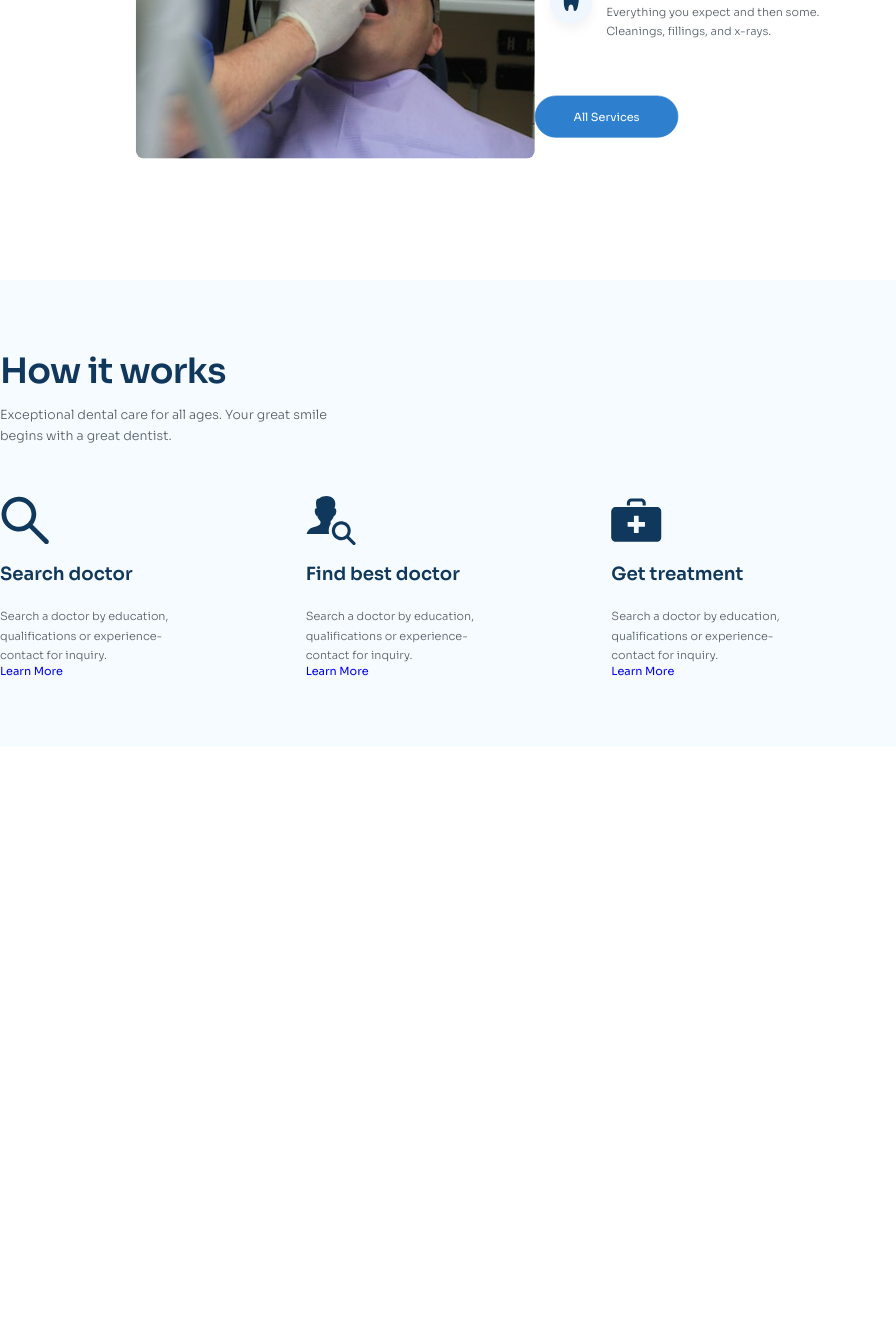
Repository: dongnguyen2112/htmlcss-project-03
Page: index.html
The author's editor kept a copy of each file at every save. The page is drawn from the files as they stood at one save, then again after the next save.
The browser window is 1280 px wide. The pictures show the part of the page from y = 1442 to 3362 px (the page is 5720 px tall), at 70% of full size.

Above is the page before, as saved 2023-08-01 17:21:24.

### index.html
<!DOCTYPE html>
<html lang="en">
    <head>
        <meta charset="UTF-8" />
        <meta name="viewport" content="width=device-width, initial-scale=1.0" />
        <title>Shine Smile</title>
        <!-- Favicons -->
        <link
            rel="apple-touch-icon"
            sizes="57x57"
            href="./assets/favicon/apple-icon-57x57.png"
        />
        <link
            rel="apple-touch-icon"
            sizes="60x60"
            href="./assets/favicon/apple-icon-60x60.png"
        />
        <link
            rel="apple-touch-icon"
            sizes="72x72"
            href="./assets/favicon/apple-icon-72x72.png"
        />
        <link
            rel="apple-touch-icon"
            sizes="76x76"
            href="./assets/favicon/apple-icon-76x76.png"
        />
        <link
            rel="apple-touch-icon"
            sizes="114x114"
            href="./assets/favicon/apple-icon-114x114.png"
        />
        <link
            rel="apple-touch-icon"
            sizes="120x120"
            href="./assets/favicon/apple-icon-120x120.png"
        />
        <link
            rel="apple-touch-icon"
            sizes="144x144"
            href="./assets/favicon/apple-icon-144x144.png"
        />
        <link
            rel="apple-touch-icon"
            sizes="152x152"
            href="./assets/favicon/apple-icon-152x152.png"
        />
        <link
            rel="apple-touch-icon"
            sizes="180x180"
            href="./assets/favicon/apple-icon-180x180.png"
        />
        <link
            rel="icon"
            type="image/png"
            sizes="192x192"
            href="./assets/favicon/android-icon-192x192.png"
        />
        <link
            rel="icon"
            type="image/png"
            sizes="32x32"
            href="./assets/favicon/favicon-32x32.png"
        />
        <link
            rel="icon"
            type="image/png"
            sizes="96x96"
            href="./assets/favicon/favicon-96x96.png"
        />
        <link
            rel="icon"
            type="image/png"
            sizes="16x16"
            href="./assets/favicon/favicon-16x16.png"
        />
        <link rel="manifest" href="./assets/favicon/manifest.json" />
        <meta name="msapplication-TileColor" content="#ffffff" />
        <meta
            name="msapplication-TileImage"
            content="./assets/favicon/ms-icon-144x144.png"
        />
        <meta name="theme-color" content="#ffffff" />
        <!-- Font Sora -->
        <link rel="preconnect" href="https://fonts.googleapis.com" />
        <link rel="preconnect" href="https://fonts.gstatic.com" crossorigin />
        <link
            href="https://fonts.googleapis.com/css2?family=Sora:wght@300;400;500;600;700&display=swap"
            rel="stylesheet"
        />
        <!-- Reset CSS -->
        <link rel="stylesheet" href="./assets/css/reset.css" />
        <link rel="stylesheet" href="./assets/css/styles.css" />
    </head>
    <body>
        <header class="header">
            <div class="container">
                <!-- Header-top -->
                <div class="header-top">
                    <!-- Logo -->
                    <a href="/">
                        <div class="logo">
                            <span class="logo__circle"></span>
                            <span class="logo__text">
                                <span class="logo__brand">Shine</span>
                                <span class="logo__brand logo__brand--small">
                                    smile
                                </span>
                            </span>
                        </div>
                    </a>
                    <!-- Navbar -->
                    <nav class="navbar">
                        <ul class="navbar__list">
                            <li class="navbar__item">
                                <a
                                    href="#!"
                                    class="navbar__link navbar__link--active"
                                    >Home</a
                                >
                            </li>
                            <li class="navbar__item">
                                <a href="#!" class="navbar__link">Services</a>
                            </li>
                            <li class="navbar__item">
                                <a href="#!" class="navbar__link">About</a>
                            </li>
                            <li class="navbar__item">
                                <a href="#!" class="navbar__link">Doctors</a>
                            </li>
                        </ul>
                    </nav>
                    <!-- Action -->
                    <div class="header-action">
                        <a href="#!" class="header-action__login">Log In</a>
                        <a href="#!" class="btn header-action__signup"
                            >Sign Up</a
                        >
                    </div>
                </div>
                <!-- Hero -->
                <section class="hero">
                    <!-- Hero-content -->
                    <section class="hero__content">
                        <h1 class="hero__heading">
                            Exceptional dental care for all ages.
                        </h1>
                        <p class="hero__desc">
                            Exceptional dental care for all ages. Your great
                            smile begins with a great dentist.
                        </p>
                        <div class="hero__row">
                            <a href="" class="btn">Book Online</a>
                            <span class="hero__phone"
                                >or call (123) 456-7890</span
                            >
                        </div>
                    </section>
                    <!-- Hero-media -->
                    <section class="hero__media">
                        <figure class="hero__images">
                            <img
                                src="./assets/img/hero-01.jpg"
                                alt=""
                                class="hero__img"
                            />
                            <img
                                src="./assets/img/hero-02.jpg"
                                alt=""
                                class="hero__img"
                            />
                        </figure>
                    </section>
                </section>
            </div>
        </header>
        <main style="height: 5000px">
            <!-- Service -->
            <section class="service">
                <div class="container">
                    <h1 class="service__heading section-heading">
                        Our services
                    </h1>
                    <p class="service__desc section-desc">
                        Exceptional dental care for all ages. Your great smile
                        begins with a great dentist.
                    </p>
                    <div class="service__row">
                        <figure>
                            <img
                                src="./assets/img/service.jpg"
                                alt=""
                                class="service__img"
                            />
                        </figure>
                        <div>
                            <div class="service__list">
                                <!-- Service Item 1 -->
                                <section class="service-item">
                                    <div class="service-item__icon">
                                        <svg
                                            width="22"
                                            height="24"
                                            viewBox="0 0 22 24"
                                            fill="none"
                                            xmlns="http://www.w3.org/2000/svg"
                                        >
                                            <path
                                                d="M20.3598 2.63964C17.9506 -0.556131 14.2772 -0.568132 11.2481 1.10682C11.001 1.24657 10.7219 1.31411 10.4406 1.30222C10.1592 1.29033 9.88633 1.19945 9.65105 1.03931C8.49552 0.245717 7.29036 -0.316477 5.13904 0.207462C0.623408 1.3071 0 4.90379 0 8.99816C0.0797353 12.1602 0.500857 15.3032 1.25551 18.3683C2.11836 22.0168 3.90382 24 5.43354 24C6.96326 24 7.00963 22.2204 7.00963 20.8016C7.00963 19.2009 7.39505 14.8009 10.8642 14.8009C13.5317 14.8009 14.3333 18.4013 14.3333 20.8016C14.3329 23.095 15.1722 24 16.6628 24C19.5267 24 20.9796 15.3938 21.3719 13.1237C21.7642 10.8535 22.9882 6.12569 20.3598 2.63964Z"
                                                fill="currentColor"
                                            />
                                        </svg>
                                        <!-- Icon -->
                                    </div>
                                    <div class="service-item__body">
                                        <h3 class="service-item__heading">
                                            Oral Surgery
                                        </h3>
                                        <p class="service-item__desc">
                                            Everything you expect and then some.
                                            Cleanings, fillings, and x-rays.
                                        </p>
                                    </div>
                                </section>
                                <!-- Service Item 2 -->
                                <section class="service-item">
                                    <div class="service-item__icon">
                                        <svg
                                            width="22"
                                            height="24"
                                            viewBox="0 0 22 24"
                                            fill="none"
                                            xmlns="http://www.w3.org/2000/svg"
                                        >
                                            <path
                                                d="M20.3598 2.63964C17.9506 -0.556131 14.2772 -0.568132 11.2481 1.10682C11.001 1.24657 10.7219 1.31411 10.4406 1.30222C10.1592 1.29033 9.88633 1.19945 9.65105 1.03931C8.49552 0.245717 7.29036 -0.316477 5.13904 0.207462C0.623408 1.3071 0 4.90379 0 8.99816C0.0797353 12.1602 0.500857 15.3032 1.25551 18.3683C2.11836 22.0168 3.90382 24 5.43354 24C6.96326 24 7.00963 22.2204 7.00963 20.8016C7.00963 19.2009 7.39505 14.8009 10.8642 14.8009C13.5317 14.8009 14.3333 18.4013 14.3333 20.8016C14.3329 23.095 15.1722 24 16.6628 24C19.5267 24 20.9796 15.3938 21.3719 13.1237C21.7642 10.8535 22.9882 6.12569 20.3598 2.63964Z"
                                                fill="currentColor"
                                            />
                                        </svg>
                                        <!-- Icon -->
                                    </div>
                                    <div class="service-item__body">
                                        <h3 class="service-item__heading">
                                            Wisdom Teeth Removal
                                        </h3>
                                        <p class="service-item__desc">
                                            Everything you expect and then some.
                                            Cleanings, fillings, and x-rays.
                                        </p>
                                    </div>
                                </section>
                                <!-- Service Item 3 -->
                                <section class="service-item">
                                    <div class="service-item__icon">
                                        <svg
                                            width="22"
                                            height="24"
                                            viewBox="0 0 22 24"
                                            fill="none"
                                            xmlns="http://www.w3.org/2000/svg"
                                        >
                                            <path
                                                d="M20.3598 2.63964C17.9506 -0.556131 14.2772 -0.568132 11.2481 1.10682C11.001 1.24657 10.7219 1.31411 10.4406 1.30222C10.1592 1.29033 9.88633 1.19945 9.65105 1.03931C8.49552 0.245717 7.29036 -0.316477 5.13904 0.207462C0.623408 1.3071 0 4.90379 0 8.99816C0.0797353 12.1602 0.500857 15.3032 1.25551 18.3683C2.11836 22.0168 3.90382 24 5.43354 24C6.96326 24 7.00963 22.2204 7.00963 20.8016C7.00963 19.2009 7.39505 14.8009 10.8642 14.8009C13.5317 14.8009 14.3333 18.4013 14.3333 20.8016C14.3329 23.095 15.1722 24 16.6628 24C19.5267 24 20.9796 15.3938 21.3719 13.1237C21.7642 10.8535 22.9882 6.12569 20.3598 2.63964Z"
                                                fill="currentColor"
                                            />
                                        </svg>
                                        <!-- Icon -->
                                    </div>
                                    <div class="service-item__body">
                                        <h3 class="service-item__heading">
                                            Preventative Dentistry
                                        </h3>
                                        <p class="service-item__desc">
                                            Everything you expect and then some.
                                            Cleanings, fillings, and x-rays.
                                        </p>
                                    </div>
                                </section>
                            </div>
                            <a href="#!" class="btn">All Services </a>
                        </div>
                    </div>
                </div>
            </section>
            <!-- Work -->
            <section class="work">
                <h2 class="section-heading">How it works</h2>
                <p class="section-desc work__desc">Exceptional dental care for all ages. Your great smile begins with a great dentist.</p>
                <div class="work__list">
                    <!-- Work Item 1 -->
                    <section class="word-item">
                        <img src="./assets/img/Icon/Orion_search.svg" alt="" class="work-item__icon">
                        <h3 class="work-item__heading">Search doctor</h3>
                        <p class="work-item__desc">Search a doctor by education, qualifications or experience-contact for inquiry.</p>
                        <a href="#!" class="work__more">Learn More</a>
                    </section>
                     <!-- Work Item 2 -->
                     <section class="word-item">
                        <img src="./assets/img/Icon/Orion_find-user.svg" alt="" class="work-item__icon">
                        <h3 class="work-item__heading">Find best doctor</h3>
                        <p class="work-item__desc">Search a doctor by education, qualifications or experience-contact for inquiry.</p>
                        <a href="#!" class="work__more">Learn More</a>
                    </section>
                     <!-- Work Item 3 -->
                     <section class="word-item">
                        <img src="./assets/img/Icon/Orion_first-aid-kit.svg" alt="" class="work-item__icon">
                        <h3 class="work-item__heading">Get treatment</h3>
                        <p class="work-item__desc">Search a doctor by education, qualifications or experience-contact for inquiry.</p>
                        <a href="#!" class="work__more">Learn More</a>
                    </section>
                </div>
            </section>
        </main>
    </body>
</html>

### assets/css/styles.css
* {
    box-sizing: border-box;
}
:root {
    --header-bg: #10375c;
}
html {
    font-size: 62.5%;
}
body {
    font-size: 1.6rem;
    font-family: "Sora", sans-serif;
}
/* Common */
.container {
    width: 1170px;
    max-width: calc(100% - 48px);
    margin: 0 auto;
}
a {
    text-decoration: none;
}
.btn {
    --height: 60px;

    color: #fff;
    background: #2e80ce;
    height: var(--height);
    padding: 0 20px;
    display: inline-block;
    line-height: var(--height);
    border-radius: 99px;
    min-width: 205px;
    text-align: center;
    font-size: 1.6rem;
    font-weight: 400;
    border: 1px solid #2e80ce;
}
.btn:hover {
    cursor: pointer;
    opacity: 0.9;
}
.section-heading {
    color: #10375c;
    font-size: 5rem;
    font-weight: 600;
    line-height: 1.2; /* 120% */
    letter-spacing: -1px;
}
.section-desc {
    margin-top: 18px;
    color: #575f66;
    font-size: 1.8rem;
    font-weight: 300;
    line-height: 1.67; /* 166.667% */
}
/* Header */
.header {
    min-height: 100vh;
    padding-top: 30px;
    background-color: var(--header-bg);
}
.logo {
    font-size: 1rem;
    position: relative;
    display: flex;
}
.logo__circle::before,
.logo__circle::after {
    content: "";
    display: inline-block;
    border-radius: 50%;
}
.logo__circle::before {
    width: 3em;
    height: 3em;
    background: #2e80ce;
}
.logo__circle::after {
    position: absolute;
    top: 1.1em;
    left: 1.1em;
    width: 1.5em;
    height: 1.5em;
    background: #fff;
}
.logo__text {
    margin-left: 0.6em;
    color: #fff;
    text-align: right;
    line-height: 1.6em;
}
.logo__brand {
    display: block;
    font-size: 1.8rem;
    font-weight: 400;
    color: #fff;
}
.logo__brand--small {
    font-size: 1.2em;
    font-weight: 300;
}

/* Header-top */
.header-top {
    display: flex;
    align-items: center;
    justify-content: space-between;
}
.navbar__list {
    display: flex;
}
.header-action__login,
.navbar__link {
    padding: 4px 21px;
    color: #c9d2da;
    font-size: 1.6rem;
    font-weight: 300;
}
.navbar__link:hover,
.navbar__link--active {
    color: #fff;
    text-shadow: 1px 0 0 currentColor;
}
.navbar__link--active::before {
    position: relative;
    top: -2px;
    left: -8px;
    content: "";
    display: inline-block;
    width: 6px;
    height: 6px;
    border-radius: 50%;
    background: #fff;
}
.header-action {
    display: flex;
    align-items: center;
}
.header-action__login {
    margin-right: 7px;
}
.header-action__signup {
    --height: 44px;
    min-width: 104px;
    text-align: center;
}
/* hero */
.hero {
    display: flex;
    margin-top: 76px;
    align-items: center;
}
.hero__content {
    flex-shrink: 0;
    width: 44%;
}
.hero__media {
    flex-grow: 1;
}
.hero__heading {
    color: #fff;
    font-size: 7rem;
    font-weight: 600;
    line-height: 1.14;
    letter-spacing: -0.02em;
}
.hero__desc {
    margin-top: 22px;
    color: #c9d2da;
    font-size: 1.8rem;
    font-weight: 300;
    line-height: 1.67;
}
.hero__row {
    display: flex;
    align-items: center;
    margin-top: 38px;
}
.hero__phone {
    color: #fff;
    text-align: center;
    font-size: 1.8rem;
    line-height: 1.67;
    margin-left: 38px;
}
.hero__images {
    display: flex;
    align-items: center;
    justify-content: flex-end;
}
.hero__img {
    width: 330px;
    height: 540px;
    border-radius: 6px;
    object-fit: cover;
}
.hero__img:first-child {
    position: relative;
    margin-right: -6px;
}
.hero__img:last-child {
    width: 210px;
    height: 410px;
}
/* Service */
.service {
    padding: 170px;
}
.service__heading,
.service__desc {
    text-align: center;
}
.service__desc {
    width: 468px;
    margin-right: auto;
    margin-left: auto;
}
.service__row {
    display: flex;
    align-items: center;
    justify-content: space-between;
    margin-top: 70px;
}
.service__img {
    width: 570px;
    height: 570px;
    border-radius: 12px;
    object-fit: cover;
}
/* Service Item */
.service-item {
    display: flex;
    width: 470px;
    padding: 22px;
    border-radius: 10px;
    background: #fff;
    transition: 0.25;
}
.service-item:hover {
    position: relative;
    box-shadow: 0px 14px 28px rgba(0, 0, 0, 0.05);
}
.service-item:hover .service-item__icon {
    background: #2e80ce;
    color: #fff;
}
.service-item__icon {
    width: 60px;
    height: 60px;
    display: flex;
    align-items: center;
    justify-content: center;
    flex-shrink: 0;
    background: #eff6fd;
    color: #10375c;
    box-shadow: 0px 8px 16px rgba(0, 0, 0, 0.05);
    border-radius: 50%;
    transition: 0.25;
}
.service-item__body {
    margin-left: 20px;
}
.service-item__heading {
    color: #10375c;
    font-size: 1.8rem;
    line-height: 1.27;
    font-weight: 600;
}
.service-item__desc {
    color: #575f66;
    margin-top: 8px;
    font-size: 1.6rem;
    font-weight: 300;
    line-height: 1.75; /* 175% */
}
.service__list {
    margin-bottom: 55px;
}
/* Work */
.work {
    background: #f6fbff;
    padding: 100px 0;
}
.work__desc {
    width: 468px;
}
.work__list {
    display: grid;
    grid-template-columns: repeat(3, 1fr);
    column-gap: 30px;
    margin-top: 70px;
}
.work-item__heading {
    margin-top: 20px;
    color: #10375c;
    font-size: 2.6rem;
    font-weight: 600;
    line-height: 1.38; /* 138.462% */
}
.work-item__desc {
    margin-top: 28px;
    width: 254px;
    color: #575f66;
    font-size: 1.6rem;
    font-weight: 300;
    line-height: 1.75; /* 175% */
}
.work__more{

}

Loaded but not shown: assets/css/reset.css (common file)

After the next save:
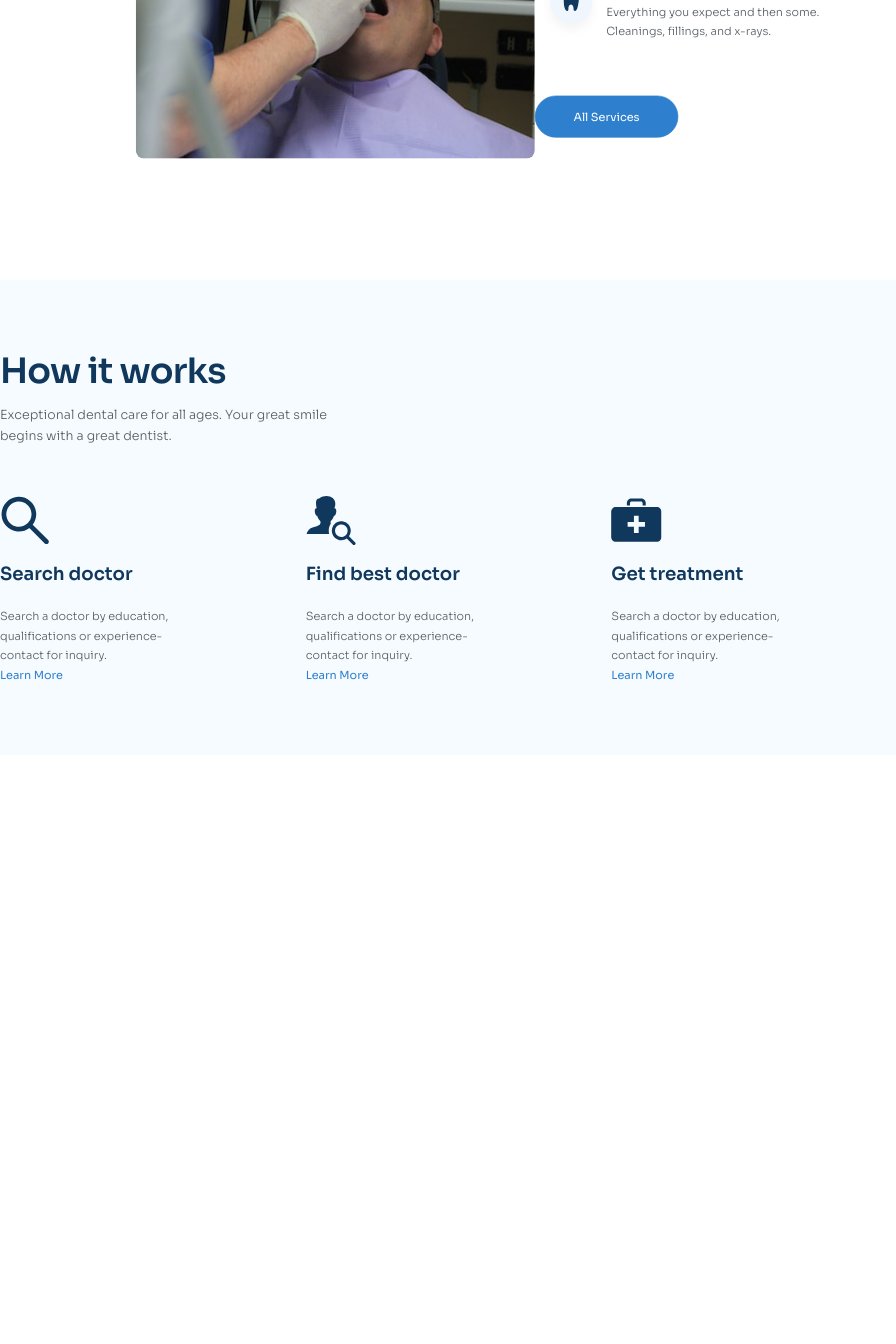
Saved 7 s later.
--- a/assets/css/styles.css
+++ b/assets/css/styles.css
@@ -307,5 +307,10 @@ a {
     line-height: 1.75; /* 175% */
 }
 .work__more{
-
-}
+    color: #2E80CE;
+font-family: Sora;
+font-size: 16px;
+font-style: normal;
+font-weight: 400;
+line-height: 28px; /* 175% */
+}
